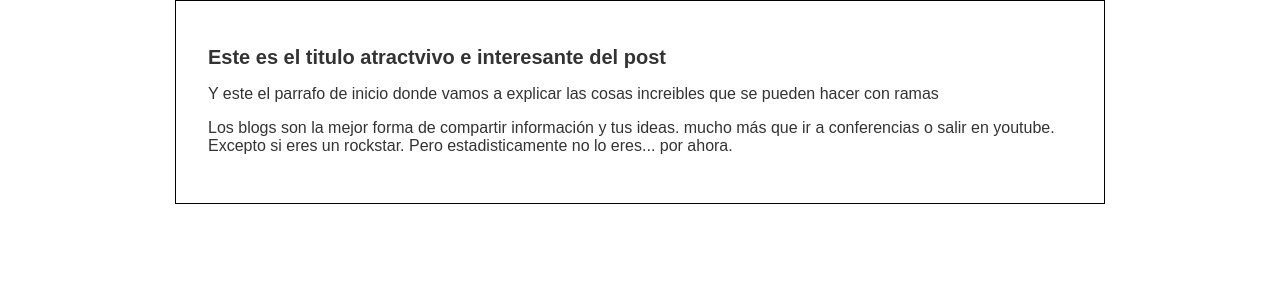
Repository: Areinomora/hiperblog
Page: blogpost.html
The author's editor kept a copy of each file at every save. The page is drawn from the files as they stood at one save, then again after the next save.
The browser window is 1280 px wide. The pictures show the whole page.

Above is the page before, as saved 2022-12-22 10:17:50.

### blogpost.html
<!DOCTYPE html>
<html lang="en">
   <head>
    <meta charset="UTF-8">
    <meta http-equiv="X-UA-Compatible" content="IE=edge">
    <meta name="viewport" content="width=device-width, initial-scale=1.0">
    <title>Titulo del blog post</title>
    <link rel="stylesheet" href="/css/estilos.css">
    </head>
    <body>
        <div id="container">
            <div id="post">
                <h1>Este es el titulo atractvivo e interesante del post</h1>
                <p>Y este el parrafo de inicio donde vamos a explicar las cosas increibles
                    que se pueden hacer con ramas
                </p>
                <p> Los blogs son la mejor forma de compartir información y tus ideas.
                    mucho más que ir a conferencias o salir en youtube. Excepto si eres un rockstar. Pero estadisticamente no lo eres... por ahora.
                </p>
            </div>
        </div>
    </body>
</html>

### css/estilos.css
body
{
    color:#333;
    text-align:center;
    font-family:"arial";
    font-size: 16 px;
    padding: 0;
    margin: 0;

}
#cabecera
{
    background: #33a;
    box-shadow: 0px 2px 20px rgba(0,0,0,0.5);
    color: white;
    font-weight: bold;
    margin: 0;
    padding: 0.5em;

}
#cabecera #tagline
{
    padding: 0,0,0,1em;
    font-weight: normal;
    font-size: 0.8em;


}
#container
{
    width: 70%;
    padding: 1em;
    text-align: left;
    border: 1px solid #000;
    margin:auto;

}
#container h1
{
    font-size: 20px;
}
#post
{
    padding: 1em;
}

After the next save:
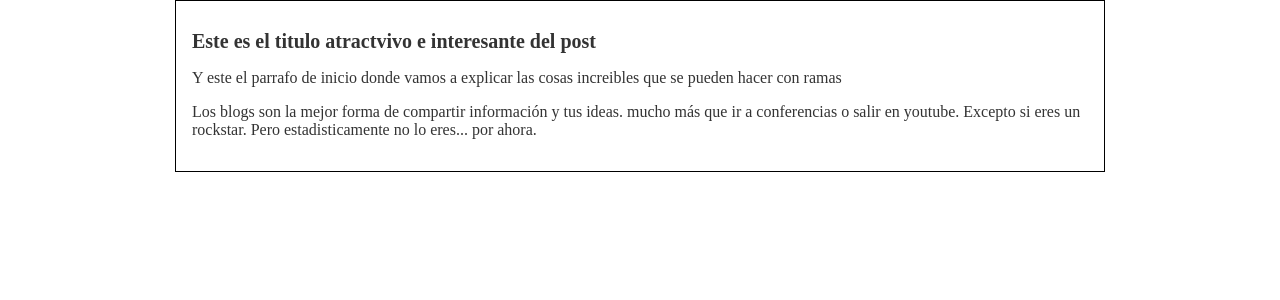
Saved 83 s later.
--- a/css/estilos.css
+++ b/css/estilos.css
@@ -2,30 +2,13 @@ body
 {
     color:#333;
     text-align:center;
-    font-family:"arial";
+    font-family:"curier";
     font-size: 16 px;
     padding: 0;
     margin: 0;
 
 }
-#cabecera
-{
-    background: #33a;
-    box-shadow: 0px 2px 20px rgba(0,0,0,0.5);
-    color: white;
-    font-weight: bold;
-    margin: 0;
-    padding: 0.5em;
 
-}
-#cabecera #tagline
-{
-    padding: 0,0,0,1em;
-    font-weight: normal;
-    font-size: 0.8em;
-
-
-}
 #container
 {
     width: 70%;
@@ -39,7 +22,3 @@ body
 {
     font-size: 20px;
 }
-#post
-{
-    padding: 1em;
-}
